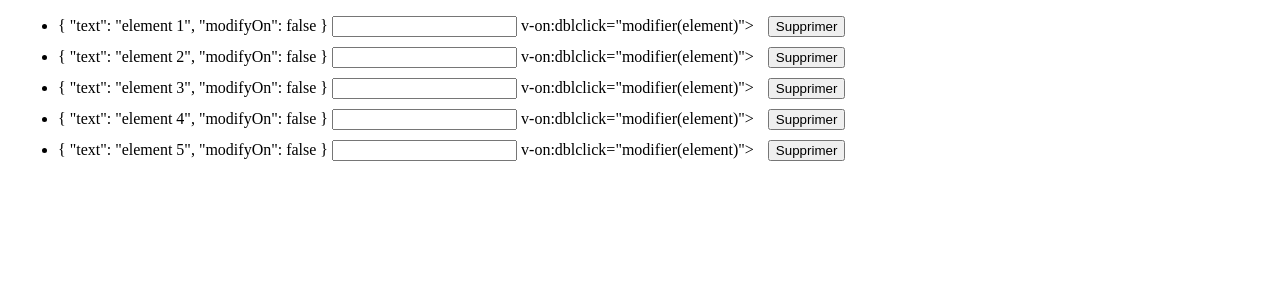
Repository: arione15/Livre_Serrion-Vue.js
Page: liste_ch3.html
These files come from the project's save history. The page is drawn as it stood at one moment and after a run of saves; the edit follows.
The browser window is 1280 px wide. The pictures show the whole page.

Above is the page before, as saved 2021-09-07 13:41:36.

After the next 7 saves:
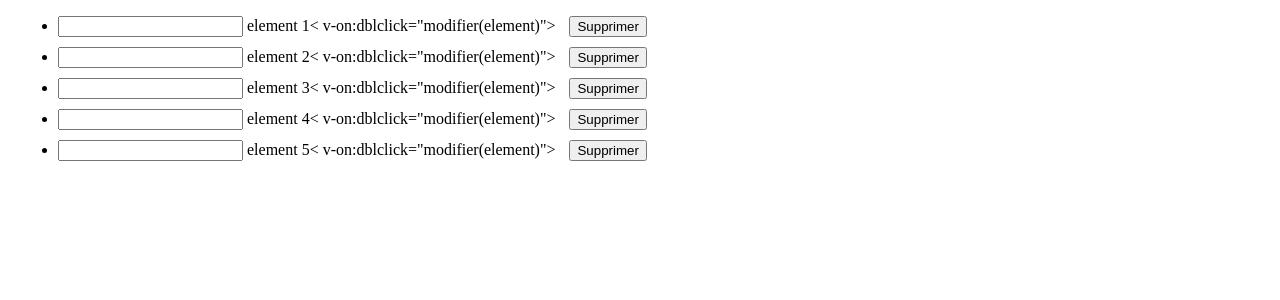
The 7 saves are shown as one change because they came seconds apart.
The last was saved 27 s later.
--- a/liste_ch3.html
+++ b/liste_ch3.html
@@ -22,8 +22,8 @@
             <div>
                 <ul>
                     <li v-for="(element, index) of elements" style="margin:10px;">
-                        <span v-if="!element.modifyOn"> {{ element }} </span>
-                        <input v-on:dblclick = "">
+                        <span v-if="!element.modifyOn">  </span>
+                        <input v-on:dblclick = ""> {{ element.text }}<
                         v-on:dblclick="modifier(element)">
                         <button @click="supprimer(element)" style="margin-left:10px;">Supprimer</button>
                     </li>
